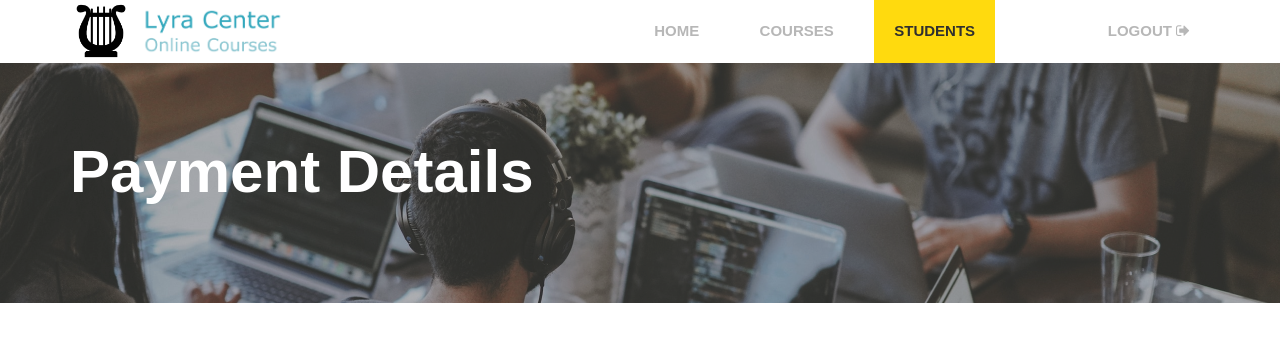
Repository: jersmaecrz/lyra-center
Page: http://localhost/aPayment.php
An editor plug-in stored every save of this project. The page is shown before and after the next save, followed by the edit.
The browser window is 1280 px wide. The pictures show the whole page.
Some web fonts or font styles are not loaded; a fallback is used. The page is run by PHP 8.4 with error messages shown; the project is at /var/www/html/.

Above is the page before, as saved 2022-12-04 16:11:10.

### aPayment.php
<?php
    include "admin-classes.php";
?>
<!DOCTYPE html>
<html lang="zxx">
<head>
    <link rel="icon" href="img/lyre.png">
    <meta charset="UTF-8">
    <meta name="description" content="Anime Template">
    <meta name="keywords" content="Anime, unica, creative, html">
    <meta name="viewport" content="width=device-width, initial-scale=1.0">
    <meta http-equiv="X-UA-Compatible" content="ie=edge">
    <title>Lyra | Payment Details</title>
    <link rel="stylesheet" href="css/admin-style.css" type="text/css">

    <!-- Google Font -->
    <link href="https://fonts.googleapis.com/css2?family=Mulish:wght@300;400;500;600;700;800;900&display=swap"
    rel="stylesheet">

    <link rel="preconnect" href="https://fonts.googleapis.com">
    <link rel="preconnect" href="https://fonts.gstatic.com" crossorigin>
    <link href="https://fonts.googleapis.com/css2?family=Open+Sans:wght@700&display=swap" rel="stylesheet">

    <!-- Css Styles -->
    <link rel="stylesheet" href="css/bootstrap.min.css" type="text/css">
    <link rel="stylesheet" href="css/font-awesome.min.css" type="text/css">
    <link rel="stylesheet" href="css/elegant-icons.css" type="text/css">
    <link rel="stylesheet" href="css/plyr.css" type="text/css">
    <link rel="stylesheet" href="css/nice-select.css" type="text/css">
    <link rel="stylesheet" href="css/owl.carousel.min.css" type="text/css">
    <link rel="stylesheet" href="css/slicknav.min.css" type="text/css">
    <link rel="stylesheet" href="css/style.css" type="text/css">
</head>

<body>
    <!-- Page Preloder -->
    <div id="preloder">
        <div class="loader"></div>
    </div>

    <!-- Header Section Begin -->
    <header class="header">
        <div class="container">
            <div class="row">
                <div class="col-lg-5">
                    <div class="header__logo">
                        <a href="./aHome.php">
                            <img src="img/lyre.png" alt="" width=62px>
                            <img src="img/lyra.png" alt="" width=150px>
                        </a>
                    </div>
                </div>
                <div class="col-lg-7">
                    <div class="header__nav">
                        <nav class="header__menu mobile-menu">
                            <ul>
                                <li ><a href="./aHome.php">HOME</a></li>
                                <li ><a href="./aCourses.php">COURSES</a></li>
                                <li class="active"><a href="./aStudents.php">STUDENTS</a></li>
                                <li class="right"><a href="./signup.html">LOGOUT <i class="fa fa-sign-out" aria-hidden="true"></i></a></li>
                            </ul>
                        </nav>
                    </div>
                </div>

            </div>
            <div id="mobile-menu-wrap"></div>
        </div>
    </header>
    <!-- Header End -->


    <!-- Normal Breadcrumb Begin -->
    <section class="pg pg-breadcrumb set-bg" data-setbg="img/banner.png">
        <div class="container">
            <div class="row">
                <div class="col-lg-8">
                    <div class="banner-text normal__breadcrumb__text">
                        <h2></i> Payment Details</h2>
                            <?php
                                if(isset($_GET['uname'])){
                                    echo "<div class='lemony'><a><span><b>";
                                    echo $_GET['uname'];
                                    echo "</b></span</a></div>";
                                }
                            ?>

                    </div>
                </div>
            </div>
        </div>

    </section>
    <!-- Normal Breadcrumb End -->
<br>

<!-- Dashboard -->
<div class="container">
    <div class="row">
        <div class="normal__breadcrumb__text" style="float:none;margin:auto;">
           <table class="styled-table center"">
                <?php
                    $sPayment = new StudentPayment();
                    if(isset($_GET['ecID'])){
                        $ecID = $_GET['ecID'];
                        $sPayment -> retrieveStudentPayments($pdo,$ecID);
                        $rows = $sPayment -> getPayments();
                ?>
                <thead>
                    <th>Payment ID</th>
                </thead>
                <tbody>
                <?php
                        foreach($rows as $row){
                            echo " <td>".$row -> pytID."</td>";
                ?>
                </tbody>
           </table>
           <table class="styled-table"">
                <thead>
                    <th>Enrolled Course ID</th>
                </thead>
                <tbody>
                <?php
                            echo " <td>".$row -> ecID."</td>";
                        }
                    }
                ?>
                </tbody>
            </table>
           </div>
        </div>
    </div>
</div>
<br>
<br>
<br>
<br>
<br>

<!-- Footer Section Begin
<footer class="footer">
    <div class="page-up">
        <a href="#" class="scroll"><span class="arrow_carrot-up"></span></a>
    </div>
    <div class="container">
        <div class="row">
            <div class="col-lg-3">
                <div class="footer__logo">
                    <a href="./index.html">
                        <img src="img/mango manga.png" alt="" width=80px>
                        <img src="img/mm.png" alt="" width=110px>
                    </a>
                </div>
            </div>
            <div class="col-lg-6">
                <div class="footer__nav">
                    <ul>
                        <li class="active"><a href="./index.html">HOME</a></li>
                        <li ><a href="./courses.html">COURSES</a></li>
                        <li ><a href="./signup.html">STUDENTS</a></li>

                    </ul>
                </div>
            </div>

          </div>
      </div>
  </footer>
  <!-- Footer Section End -->


<!-- Js Plugins -->
<script src="js/jquery-3.3.1.min.js"></script>
<script src="js/bootstrap.min.js"></script>
<script src="js/player.js"></script>
<script src="js/jquery.nice-select.min.js"></script>
<script src="js/mixitup.min.js"></script>
<script src="js/jquery.slicknav.js"></script>
<script src="js/owl.carousel.min.js"></script>
<script src="js/main.js"></script>


</body>

</html>

### admin-classes.php
<?php
   require_once("config.php");
   class Dashboard {
        //Attributes
        public $name;
        public $courses;
        //Create setters
        function setStudents($students){
            $this -> students = $students;
        }
        function setCourses($courses){
            $this -> courses = $courses;
        }
        //Create getters
        function getStudents(){
            return $this -> students;
        }
        function getCourses(){
            return $this -> courses;
        }
        function countStudents($pdo){
            $type = "user";

            $query = "SELECT * FROM users WHERE `user_type` = ?" ;
            $stmt = $pdo-> prepare($query);
            $stmt -> execute([$type]);
            $rows = $stmt -> fetchAll();
            $rowCount = $stmt->rowCount();
            $this -> setStudents($rowCount);
        }
        function countCourses($pdo){
            $query = "SELECT * FROM courses";
            $stmt = $pdo-> prepare($query);
            $stmt -> execute();
            $rows = $stmt -> fetchAll();
            $rowCount = $stmt->rowCount();
            $this -> setCourses($rowCount);
        }
    }
    class Students {
        //Attributes
        public $students;
        //Create setter
        function setStudents($students){
            $this -> students = $students;
        }
        //Create getter
        function getStudents(){
            return $this -> students;
        }
        function retrieveStudents($pdo){
            $type = "user";
            $query = "SELECT * FROM users WHERE `user_type` = ?";
            $stmt = $pdo-> prepare($query);
            $stmt -> execute([$type]);
            $rows = $stmt -> fetchAll();
            $this -> setStudents($rows);
        }
    }
    class StudentCourse {
        //Attributes
        public $studentUsername;
        public $courses;
        public $status;
        //Create setter
        function setStudentUsername($studentUsername){
            $this -> studentUsername = $studentUsername;
        }
        function setCourses($courses){
            $this -> courses = $courses;
        }
        //Create getter
        function getStudentUsername(){
            return $this -> studentUsername;
        }
        function getCourses(){
            return $this -> courses;
        }
        function retrieveStudentCourses($pdo){
            $id = $this-> getStudentUsername();
            $query = "SELECT * FROM `enrolled courses` JOIN `courses` WHERE `sUsername` = ?";
            $stmt = $pdo-> prepare($query);
            $stmt -> execute([$id]);
            $rows = $stmt -> fetchAll();
            $this -> setCourses($rows);
        }
        function updateEnrollmentStatus($pdo, $ecID, $status){
            $query = "UPDATE `enrolled courses` SET `ecStatus` = ? WHERE `ecID` = ?";
            $stmt = $pdo-> prepare($query);
            $stmt -> execute([$status,$ecID]);
            echo "Successfully Updated.";
            echo "<script>
                window.location.replace('aEnrolledCourses.php?uname=".filter_var($_GET['uname'])."');
            </script>";

        }
    }
    class StudentPayment {
        //Attributes
        public $payments;
        //Create setter
        function setPayments($payments){
            $this -> payments = $payments;
        }
        //Create getter
        function getPayments(){
            return $this -> payments;
        }
        function retrieveStudentPayments($pdo, $ecID){
            $query = "SELECT * FROM `payment` WHERE `ecID` = ?";
            $stmt = $pdo-> prepare($query);
            $stmt -> execute([$ecID]);
            $rows = $stmt -> fetchAll();
            $this -> setPayments($rows);
        }
    }
?>

### config.php
<?php
    $host = "remotemysql.com";
    $user = "NsqxjSUDbx";
    $password = "wLgUwnheJo";
    $dbName = "NsqxjSUDbx" ;
    //Connect to database using PDO
    try {
        $dsn ="mysql:host=$host;dbname=$dbName";
        $pdo = new PDO($dsn,$user, $password);
        //Check the connection
        $pdo->setAttribute(PDO::ATTR_DEFAULT_FETCH_MODE,PDO::FETCH_OBJ);
        $pdo->setAttribute(PDO::ATTR_ERRMODE,PDO::ERRMODE_EXCEPTION);
    } catch(PDOException $e) {
        echo "Unable to Connect to DB: ". $e->getMessage();
    }
?>

### css/admin-style.css

/*			HOME PAGE 			*/
.right {
    float: right;
}
.scroll {
    margin-left: -50px;
    margin-top: -50px;
}
.main-section{
	width:80%;
	margin:0 auto;
	text-align: center;
	padding: 0px 5px;
}
.dashboard{
	width:32%;
	display: inline-block;
	margin-top: 50px;
}
.icon-section i{
	font-size: 30px;
	padding:10px;
	border:1px solid #34495E;
	margin-bottom: 10px;
    margin: 5%;
	background-color:#fff;
    border-radius: 50%;
}
.icon-section h3{
	font-size: 20px;
    color: #fff;
	font-family: "Mulish", sans-serif;
}
.icon-section p{
	margin:0px;
	font-size: 20px;
	padding-bottom: 10px;
	font-family: "Mulish", sans-serif;
}
.icon {
    color: #023047;
}
.blueDash {
    background-color:#34495E;
}
.yellowDash {
    background-color:#c9e6f3;
}
.yellowDash h3, .yellowDash p{
	color: #34495E;
}
.blueDash p, .blueDash h3{
	color:#fff;
}
.pg-breadcrumb {
	height: 240px;
	display: -webkit-box;
	display: -ms-flexbox;
	display: flex;
	-webkit-box-align: center;
	-ms-flex-align: center;
	align-items: center;
	-webkit-box-pack: center;
	-ms-flex-pack: center;
	justify-content: center;
}
/*			STUDENTS PAGE 			*/
.styled-table {
    border-collapse: collapse;
    margin: 25px 0;
    font-size: 0.9em;
    font-family: sans-serif;
    box-shadow: 0 0 20px rgba(0, 0, 0, 0.15);
	font-family: "Mulish", sans-serif;
	width: 50%;
	margin-bottom: 20px;

}
.styled-table thead tr {
	background-color: #c9e6f3;
	/*background-color: #FFDA0E;*/
    color: #023047;
    text-align: left;
}
.styled-table th,
.styled-table td {
    padding: 12px 15px;
	white-space: nowrap;
}
.styled-table tbody tr {
    border-bottom: 1px solid #dddddd;
}

.styled-table tbody tr:nth-of-type(even) {
    background-color: #f3f3f3;
}

.styled-table tbody tr:last-of-type {
    border-bottom: 2px solid #4ACBCB;
}
.styled-table tbody tr.active-row {
    font-weight: bold;
    color: #34495E;
}
.ico {
	font-size: 24px;
	margin-left: 50px;
	align-content: center;
	color: #4ACBCB;
	align-items: center;
}
/*			STUDENT'S ENROLLED COURSES PAGE 			*/
.banner-text {
	font-size: 50px !important;
}
.save-button {
	color: #f3f3f3;
	background: #023047;
	border-radius: 5px;
	margin: 5px;
}
.btnLink {
	padding: 5px;
}
/*			STUDENT'S PAYMENT PAGE 			*/

Loaded but not shown: css/bootstrap.min.css (library); css/font-awesome.min.css (library); css/plyr.css (library); css/nice-select.css (common file); css/owl.carousel.min.css (library); css/slicknav.min.css (common file); js/jquery-3.3.1.min.js (library); js/bootstrap.min.js (library); js/player.js (library); js/jquery.nice-select.min.js (common file); js/mixitup.min.js (library); js/jquery.slicknav.js (library); js/owl.carousel.min.js (library); js/main.js (101 lines, source omitted); css/elegant-icons.css (1157 lines, source omitted); css/style.css (1159 lines, source omitted)

After the next save:
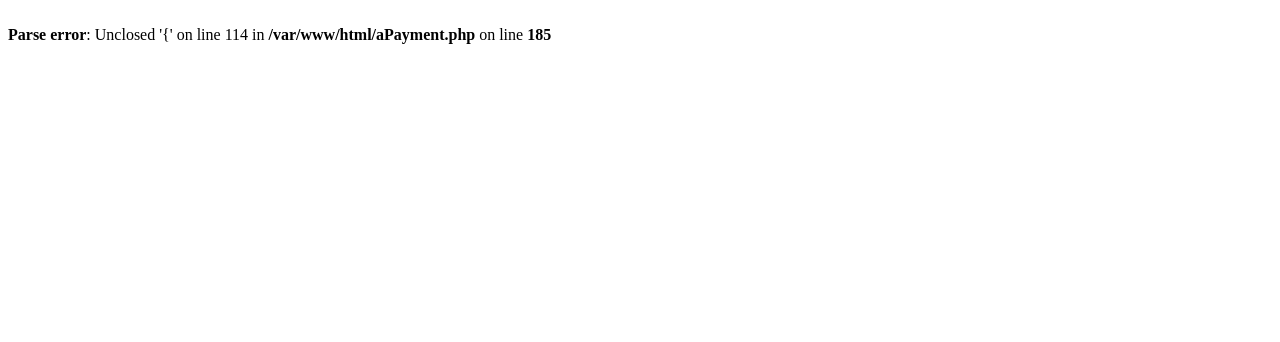
Saved 12 s later.
--- a/aPayment.php
+++ b/aPayment.php
@@ -123,8 +123,6 @@
                 <tbody>
                 <?php
                             echo " <td>".$row -> ecID."</td>";
-                        }
-                    }
                 ?>
                 </tbody>
             </table>

After the save that followed:
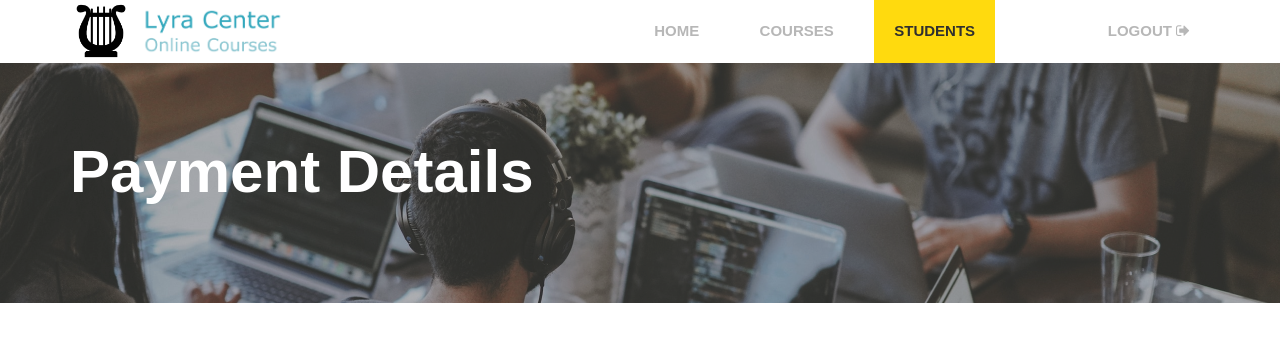
Saved 14 s later.
--- a/aPayment.php
+++ b/aPayment.php
@@ -126,6 +126,10 @@
                 ?>
                 </tbody>
             </table>
+                <?php
+                    }
+                }
+                ?>
            </div>
         </div>
     </div>
